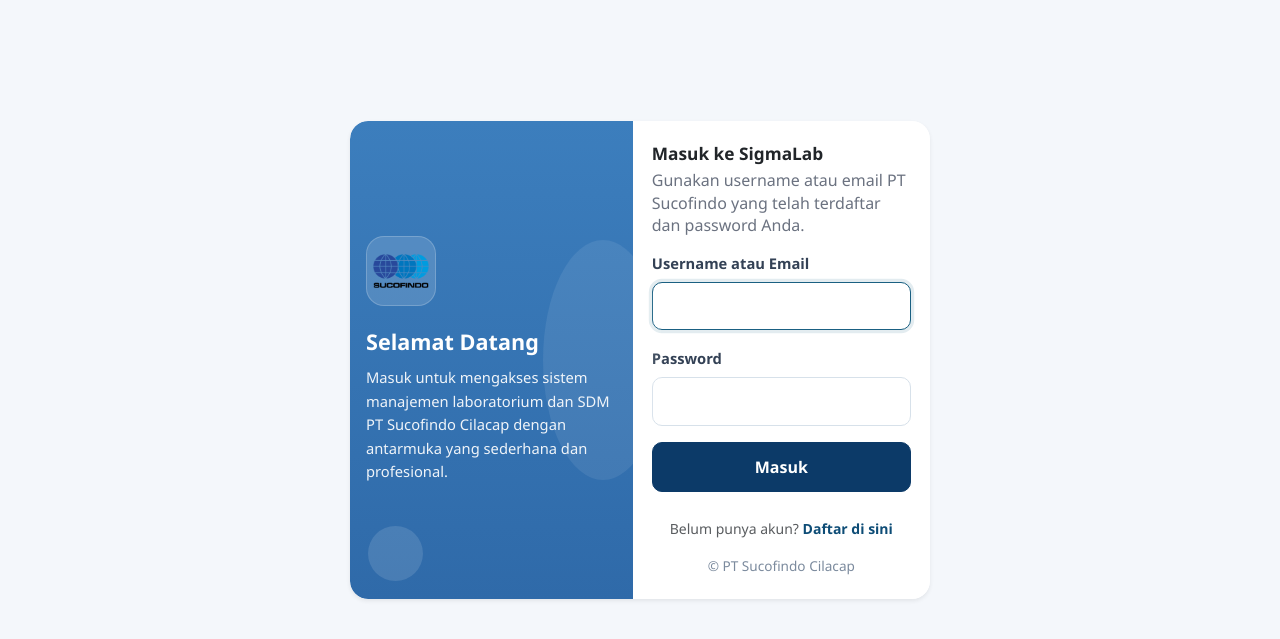
Repository: amelianeesa/sigmalab
Page: http://localhost/login
The author's editor kept a copy of each file at every save. The page is drawn from the files as they stood at one save, then again after the next save.
The browser window is 1280 px wide. The pictures show the whole page.
The page is served by the project's Laravel application, run on PHP 8.4 with Laravel 12.

Above is the page before, as saved 2026-08-06 08:55:14.

After the next save:
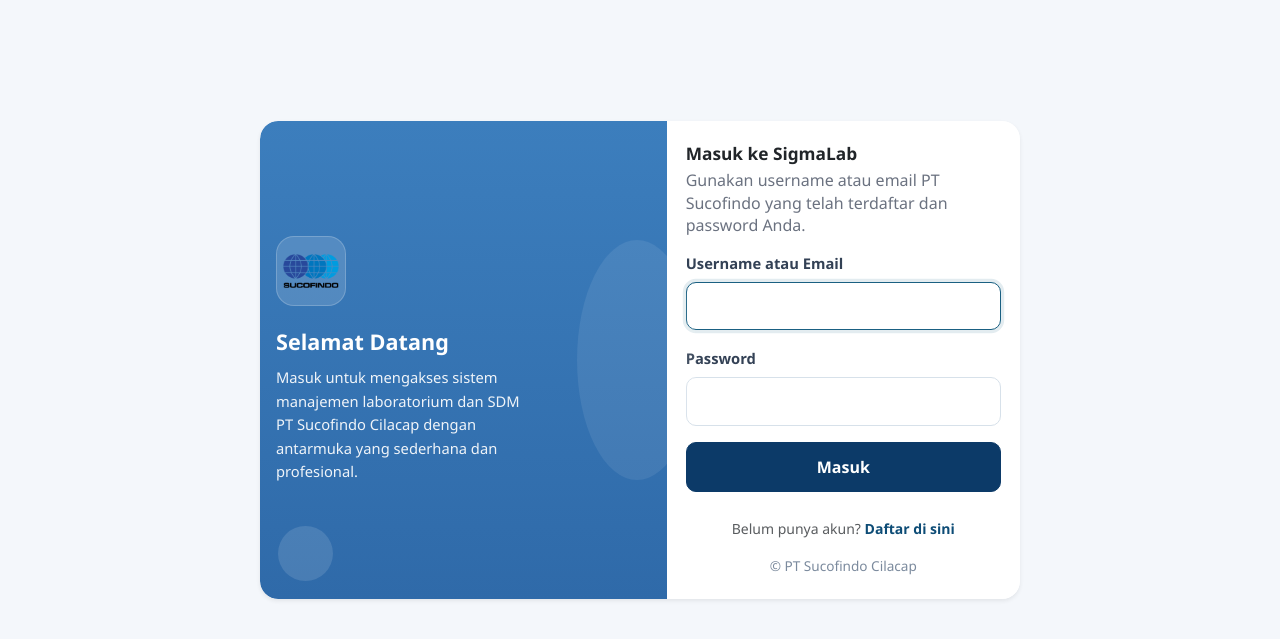
Saved 87 s later.
--- a/resources/views/auth/login.blade.php
+++ b/resources/views/auth/login.blade.php
@@ -20,12 +20,12 @@
             overflow: hidden;
             margin: auto;
             background: transparent;
-            max-width: 580px;
+            max-width: 760px;
         }
 
         .auth-row {
             display: grid;
-            grid-template-columns: 0.95fr 1fr;
+            grid-template-columns: 1.15fr 1fr;
             min-height: 320px;
             background: #ffffff;
             border-radius: 18px;
